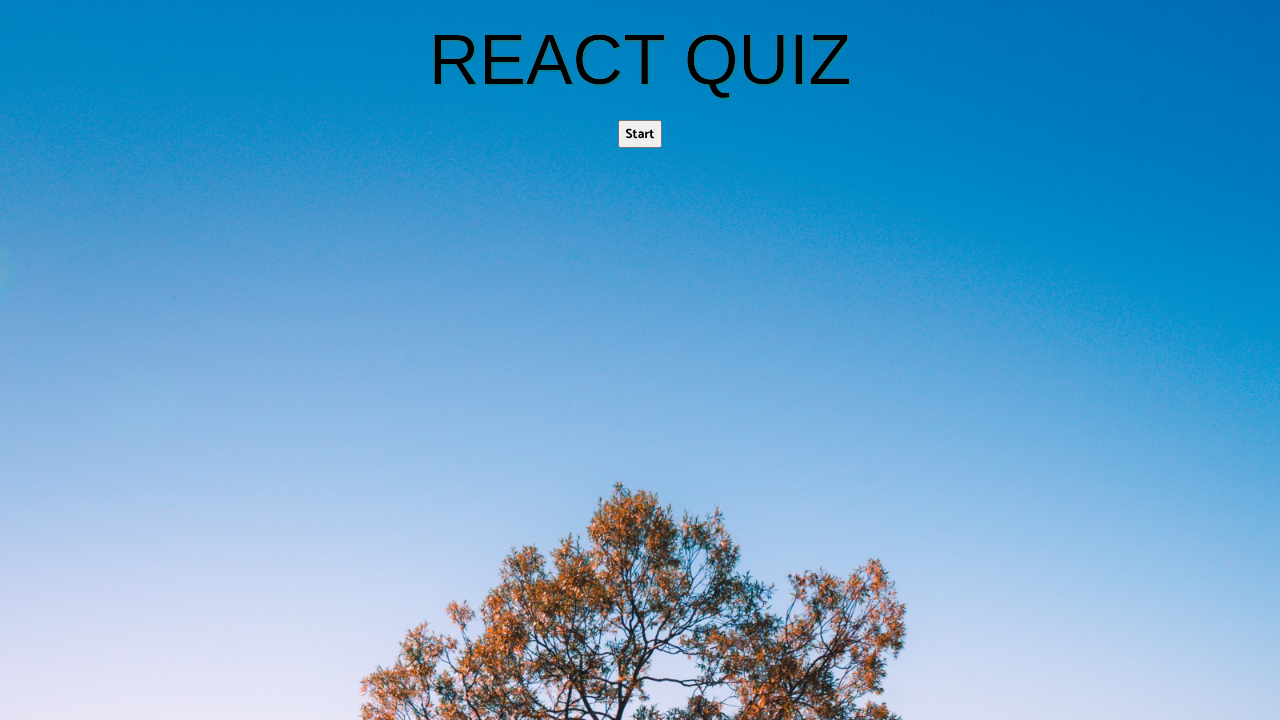
Repository: ducanhaep/ts-react-quiz
Page: /
These files come from the project's save history. The page is drawn as it stood at one moment and after the next save; the edit follows.
The browser window is 1280 px wide. The pictures show the whole page.
The project was rebuilt for these pictures with package versions that can differ from the ones it lists, and the page was loaded fresh each time. Also part of the build but not shown: src/components/QuestionCard.tsx.

Above is the page before, as saved 2021-10-16 00:36:56.

### public/index.html
<!DOCTYPE html>
<html lang="en">

<head>
  <meta charset="utf-8" />
  <link rel="icon" href="%PUBLIC_URL%/favicon.ico" />
  <meta name="viewport" content="width=device-width, initial-scale=1" />
  <meta name="theme-color" content="#000000" />
  <meta name="description" content="Web site created using create-react-app" />
  <link rel="apple-touch-icon" href="%PUBLIC_URL%/logo192.png" />
  <link rel="preconnect" href="https://fonts.googleapis.com">
  <link rel="preconnect" href="https://fonts.gstatic.com" crossorigin>
  <link href="https://fonts.googleapis.com/css2?family=Catamaran:wght@700&display=swap" rel="stylesheet">
  <!--
      manifest.json provides metadata used when your web app is installed on a
      user's mobile device or desktop. See https://developers.google.com/web/fundamentals/web-app-manifest/
    -->
  <link rel="manifest" href="%PUBLIC_URL%/manifest.json" />
  <!--
      Notice the use of %PUBLIC_URL% in the tags above.
      It will be replaced with the URL of the `public` folder during the build.
      Only files inside the `public` folder can be referenced from the HTML.

      Unlike "/favicon.ico" or "favicon.ico", "%PUBLIC_URL%/favicon.ico" will
      work correctly both with client-side routing and a non-root public URL.
      Learn how to configure a non-root public URL by running `npm run build`.
    -->
  <title>React App</title>
</head>

<body>
  <noscript>You need to enable JavaScript to run this app.</noscript>
  <div id="root"></div>
  <!--
      This HTML file is a template.
      If you open it directly in the browser, you will see an empty page.

      You can add webfonts, meta tags, or analytics to this file.
      The build step will place the bundled scripts into the <body> tag.

      To begin the development, run `npm start` or `yarn start`.
      To create a production bundle, use `npm run build` or `yarn build`.
    -->
</body>

</html>

### src/App.tsx
import React, { useState } from "react";
import { fetchQuizQuestions } from "./API";
// Types
import { Difficulty, QuestionState } from "./API";
import QuestionCard from "./components/QuestionCard";

// Styles
import { GlobalStyle, Wrapper } from "./App.styles";
export type AnswerObject = {
  question: string;
  answer: string;
  correct: boolean;
  correctAnswer: string;
};

// Components

const TOTAL_QUESTIONS = 10;
function App() {
  const [loading, setLoading] = useState(false);
  const [questions, setQuestions] = useState<QuestionState[]>([]);
  const [number, setNumber] = useState(0);
  const [userAnswers, setUserAnswers] = useState<AnswerObject[]>([]);
  const [score, setScore] = useState(0);
  const [gameOver, setGameOver] = useState(true);

  const startTrivia = async () => {
    setLoading(true);
    setGameOver(false);
    const newQuestions = await fetchQuizQuestions(
      TOTAL_QUESTIONS,
      Difficulty.EASY
    );

    setQuestions(newQuestions);
    setScore(0);
    setUserAnswers([]);
    setNumber(0);
    setLoading(false);
  };
  console.log(questions);
  const checkAnswer = (e: React.MouseEvent<HTMLButtonElement>) => {
    if (!gameOver) {
      // Users answer
      const answer = e.currentTarget.value;

      // Check answer against correct answer
      const correct = questions[number].correct_answer === answer;
      // Add score if answer is correct
      if (correct) {
        setScore((prev) => prev + 1);
      }

      // Save answer in the array for user answers
      const answerObject = {
        question: questions[number].question,
        answer,
        correct,
        correctAnswer: questions[number].correct_answer,
      };

      setUserAnswers((prev) => [...prev, answerObject]);
    }
  };

  const nextQuestion = () => {
    // Move on to the next question if not the last question
    const nextQuestion = number + 1;
    if (nextQuestion === TOTAL_QUESTIONS) {
      setGameOver(true);
    } else {
      setNumber(nextQuestion);
    }
  };

  return (
    <>
      <GlobalStyle />
      <Wrapper className="App">
        <h1>REACT QUIZ</h1>
        {gameOver || userAnswers.length === TOTAL_QUESTIONS ? (
          <button className="start" onClick={startTrivia}>
            Start
          </button>
        ) : null}
        {!gameOver ? <p className="score">Score: {score}</p> : null}
        {loading && <p>Loading Questions ...</p>}
        {!loading && !gameOver && (
          <QuestionCard
            questionNr={number + 1}
            totalQuestions={TOTAL_QUESTIONS}
            question={questions[number].question}
            answers={questions[number].answers}
            userAnswer={userAnswers ? userAnswers[number] : undefined}
            callback={checkAnswer}
          />
        )}
        {!gameOver &&
        !loading &&
        userAnswers.length === number + 1 &&
        number !== TOTAL_QUESTIONS - 1 ? (
          <button className="next" onClick={nextQuestion}>
            Next Questions
          </button>
        ) : null}
      </Wrapper>
    </>
  );
}

export default App;

### src/API.ts
import { shuffleArray } from "./utils";
export type Question = {
  category: string;
  correct_answer: string;
  difficulty: string;
  incorrect_answers: string[];
  question: string;
  type: string;
};

export type QuestionState = Question & { answers: string[] };

export enum Difficulty {
  EASY = "easy",
  MEDIUM = "medium",
  HARD = "hard",
}
export const fetchQuizQuestions = async (
  amount: number,
  difficulty: Difficulty
) => {
  const endpoint = `https://opentdb.com/api.php?amount=${amount}&difficulty=${difficulty}&type=multiple`;
  const data = await (await fetch(endpoint)).json();
  return data.results.map((question: Question) => ({
    ...question,
    answers: shuffleArray([
      ...question.incorrect_answers,
      question.correct_answer,
    ]),
  }));
};

### src/App.styles.ts
import styled, { createGlobalStyle } from "styled-components";
import BGImage from "./images/natu.jpg";

export const GlobalStyle = createGlobalStyle`
  html {
    height:100%auto;
  }

  body {
    background-image: url(${BGImage});
    background-size: cover;
    margin: 0;
    padding: 0 20px;
    display: flex;
    justify-content: center;
  }

  * {
    box-sizing: border-box;
    font-family: "Catamaran", sans-serif;
  }
`;

export const Wrapper = styled.div`
  display: flex;
  flex-direction: column;
  align-items: center;
  > p {
    color: #fff;
  }

  .score {
    color: #fff;
    font-size: 2rem;
    margin: 0;
  }

  h1 {
    font-family: Fascinate Inline, Haettenschweiler, "Arial Narrow Bold",
      sans-serif;
    background-image: linear-gradient(180deg, #fff, #87f1ff);
    background-size: 100%;
    background-clip: text;
    --webkit-background-clip: text;
    --webkit-text-fill-color: transparent;
    --moz-background-clip: text;
    --moz-text-fill-color: transparent;
    filter: drop-shadow(2px 2px #0085a3);
    font-size: 70px;
    text-align: center;
    margin: 20px;
    font-weight: 400;
  }
`;

Loaded but not shown: src/index.tsx (common file); src/utils.ts (common file)

After the next save:
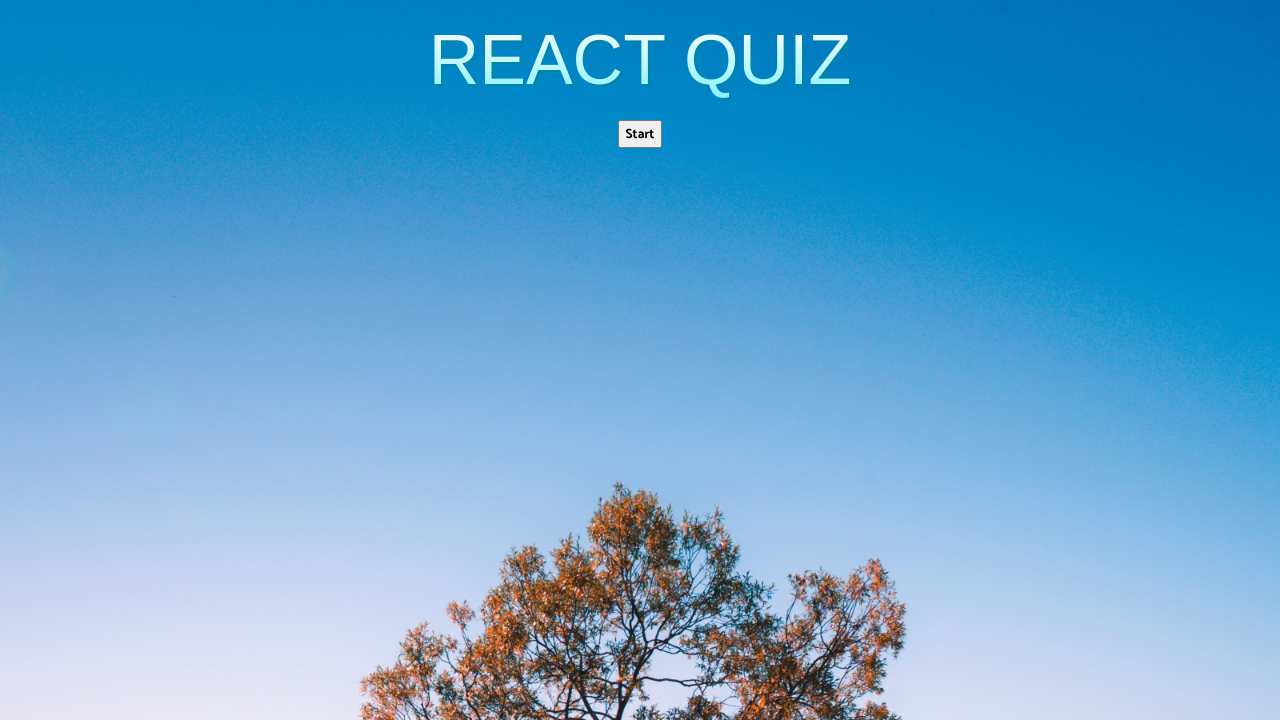
Saved 18 s later.
--- a/src/App.styles.ts
+++ b/src/App.styles.ts
@@ -41,10 +41,10 @@ export const Wrapper = styled.div`
     background-image: linear-gradient(180deg, #fff, #87f1ff);
     background-size: 100%;
     background-clip: text;
-    --webkit-background-clip: text;
-    --webkit-text-fill-color: transparent;
-    --moz-background-clip: text;
-    --moz-text-fill-color: transparent;
+    -webkit-background-clip: text;
+    -webkit-text-fill-color: transparent;
+    -moz-background-clip: text;
+    -moz-text-fill-color: transparent;
     filter: drop-shadow(2px 2px #0085a3);
     font-size: 70px;
     text-align: center;
